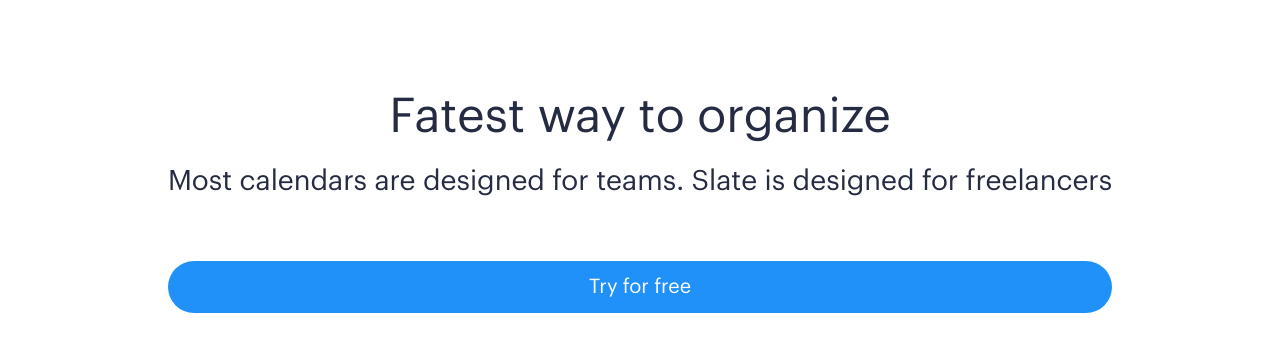
Repository: SK3010z/figmaland-tailwind
Page: /
An editor plug-in stored every save of this project. The page is shown before and after the next save, followed by the edit.
The browser window is 1280 px wide. The pictures show the whole page.
The project was rebuilt for these pictures with package versions that can differ from the ones it lists, and the page was loaded fresh each time. Also part of the build but not shown: vite.config.js, src/mediaQueries.jsx.

Above is the page before, as saved 2024-08-19 13:49:25.

### index.html
<!doctype html>
<html lang="en">
  <head>
    <meta charset="UTF-8" />
    <link rel="icon" type="image/svg+xml" href="/vite.svg" />
    <meta name="viewport" content="width=device-width, initial-scale=1.0" />
    <title>FigmaLand</title>
  </head>
  <body>
    <div id="root"></div>
    <script type="module" src="/src/main.jsx"></script>
  </body>
</html>

### src/main.jsx
import { StrictMode } from 'react'
import { createRoot } from 'react-dom/client'
import App from './App.jsx'
import MediaQueries from './mediaQueries.jsx'
import './index.css'

createRoot(document.getElementById('root')).render(
  <StrictMode>
    <App/>
  </StrictMode>
)

### src/App.jsx
import { Button } from "./components/Button"
import { CalendarFeature } from "./components/CalendarFeature"
import { Heading } from "./components/Heading"
function App() {
  return (
    <div className="bg-darkBackground">
      <CalendarFeature></CalendarFeature>
    </div>
  )
}

export default App

### src/index.css
@tailwind base;
@tailwind components;
@tailwind utilities;

@font-face {
  font-family: "Graphik-bold";
  src: url(./fonts/Graphik/Graphik-Bold-Trial.otf) format("opentype");
  font-style: normal;
  font-display: swap;
}
@font-face {
  font-family: "Graphik";
  src: url(./fonts/Graphik/Graphik-Regular-Trial.otf) format("opentype");
  font-style: normal;
  font-display: swap;
}

### src/components/Button/index.jsx
export const Button = ({ children, variant = "primary", isBold = false }) => {
  return (
    <button
      className={`flex items-center justify-center p-4 rounded-full font-graphik text-xl leading-5
        ${
          variant === "primary"
            ? "bg-primary text-white"
            : "bg-white text-primary"
        }
        ${isBold && "font-graphik-bold"}
      `}
    >
      {children}
    </button>
  );
};

### src/components/CalendarFeature/index.jsx
import { Button } from "../Button";
import { Heading } from "../Heading";
import CalendarImage from "../../assets/images/features/calendar-feature-screenshot.png";

export const CalendarFeature = ({}) => {
    return (
        <section className="bg-white py-[90px] px-5 flex flex-col items-center">
            <div className="flex flex-col">
                <Heading type="h2" className="text-center">Fatest way to organize</Heading>
                <Heading type="h4" className="mb-[60px] mt-4 text-center">
                    Most calendars are designed for teams. Slate is designed for
                    freelancers
                </Heading>
                <Button>Try for free</Button>
            </div>

            <img scr={CalendarImage} />
        </section>
    );
};

### src/components/Heading/index.jsx
export const Heading = ({children, type = "h1", color = '', className = ''}) => {
    const customizedColor = color === 'white' ? 'text-white' : 'text-text'

    if (type == "h1") {
        return (
            <h1 className={`${className} text-[4.625rem] leading-[84px] font-graphik-bold ${customizedColor}`}>{children}</h1>
        )
    }
    if (type == "h4") {
        return (
            <h1 className={`${className} text-[28px] leading-[40px] font-graphik ${customizedColor}`}>{children}</h1>
        )
    }

    return(
     <h2 className={`${className} text-5xl leading-[55px] font-graphik ${customizedColor}`}>{children}</h2>
    )
};

### tailwind.config.js
/** @type {import('tailwindcss').Config} */
export default {
  content: [
    "./index.html",
    "./src/**/*.{js,ts,jsx,tsx}",
  ],
  theme: {
    extend: {
      fontFamily: {
        'graphik': ['Graphik','sans-serif'],
        'graphik-bold': ['Graphik-bold','sans-serif']
      },
      colors: {
        primary: '#2091F9',
        text: '#252B42',
        decondaryText: '#374754',
        darkBackground: '#252B42'
      }
    },
  },
  plugins: [],
}

After the next save:
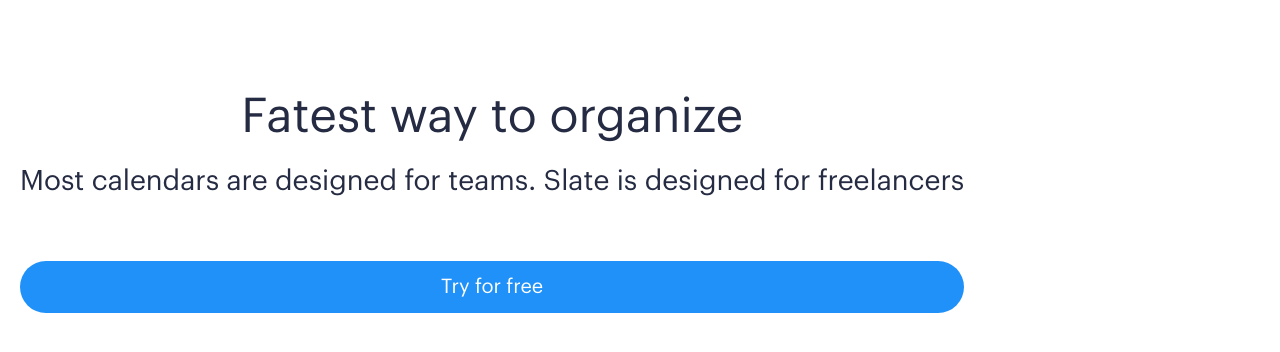
Saved 92 s later.
--- a/src/components/CalendarFeature/index.jsx
+++ b/src/components/CalendarFeature/index.jsx
@@ -4,7 +4,7 @@
 
 export const CalendarFeature = ({}) => {
     return (
-        <section className="bg-white py-[90px] px-5 flex flex-col items-center">
+        <section className="bg-white py-[90px] px-5 flex">
             <div className="flex flex-col">
                 <Heading type="h2" className="text-center">Fatest way to organize</Heading>
                 <Heading type="h4" className="mb-[60px] mt-4 text-center">
